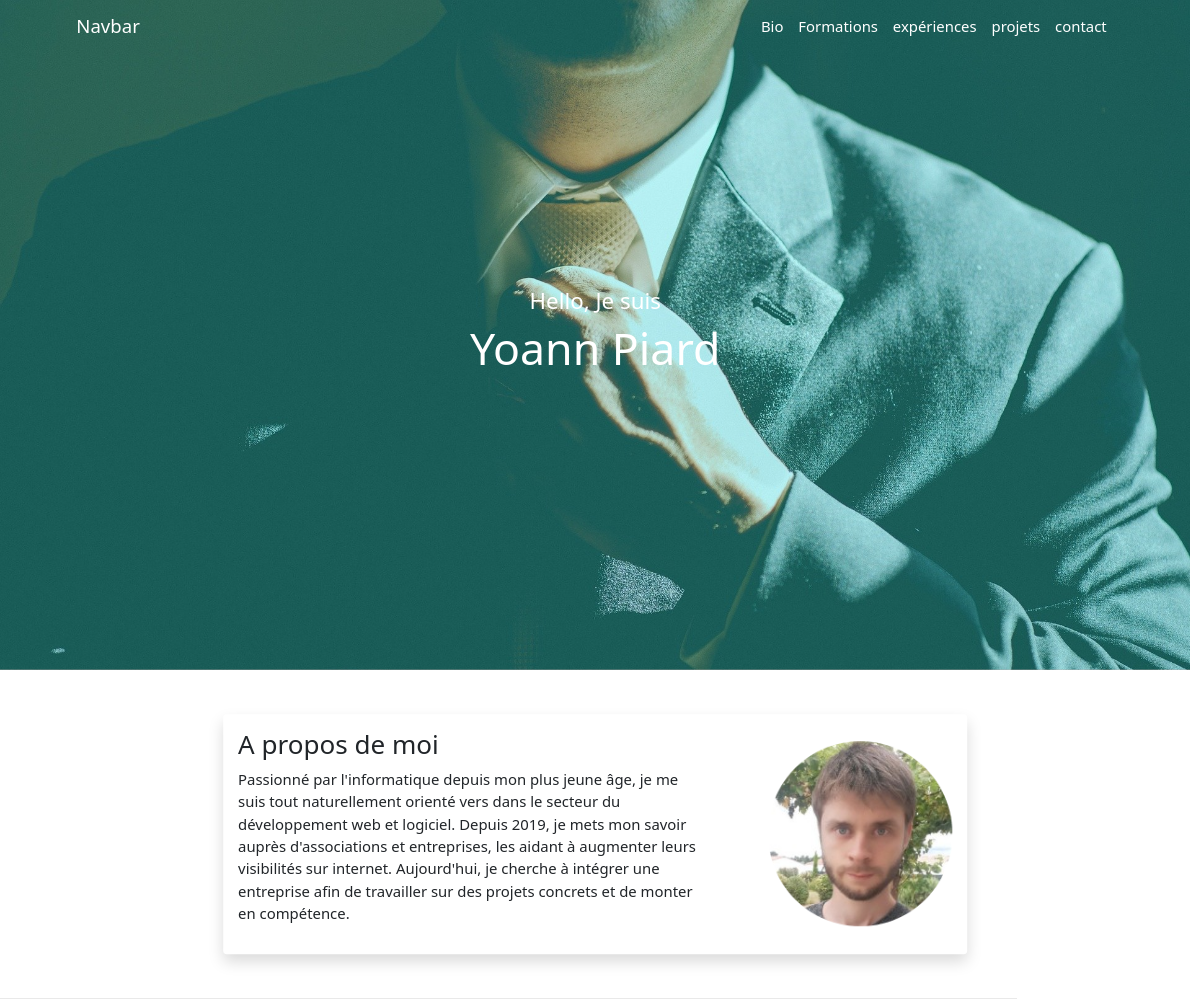
Repository: ypiard85/port-folio-bootstrap-yoann-2021
Page: index.html
The author's editor kept a copy of each file at every save. The page is drawn from the files as they stood at one save, then again after the next save.
The browser window is 1280 px wide. The pictures show the whole page, at 93% of full size.

Above is the page before, as saved 2021-03-09 14:12:56.

### index.html
<!DOCTYPE html>
<html lang="en">
<head>
    <meta charset="UTF-8">
    <meta http-equiv="X-UA-Compatible" content="IE=edge">
    <meta name="viewport" content="width=device-width, initial-scale=1.0">
    <!-- CSS only -->
    <link rel="stylesheet" href="./resource/style.css">
<link href="https://cdn.jsdelivr.net/npm/bootstrap@5.0.0-beta2/dist/css/bootstrap.min.css" rel="stylesheet" integrity="sha384-BmbxuPwQa2lc/FVzBcNJ7UAyJxM6wuqIj61tLrc4wSX0szH/Ev+nYRRuWlolflfl" crossorigin="anonymous">
    <title>Document</title>
</head>
<body>

        <nav class="navbar position-fixed w-100 navbar-expand-lg navbar-light">
            <div class="container">
              <a class="navbar-brand" href="#">Navbar</a>
              <button class="navbar-toggler" type="button" data-bs-toggle="collapse" data-bs-target="#navbarNav" aria-controls="navbarNav" aria-expanded="false" aria-label="Toggle navigation">
                <span class="navbar-toggler-icon"></span>
              </button>
              <div class="collapse navbar-collapse" id="navbarNav">
                <ul class="navbar-nav">
                  <li class="nav-item">
                    <a class="nav-link active" aria-current="page" href="#bio">Bio</a>
                  </li>
                  <li class="nav-item">
                    <a class="nav-link" href="#formation">Formations</a>
                  </li>
                  <li class="nav-item">
                    <a class="nav-link" href="#experience">expériences</a>
                  </li>
                  <li class="nav-item">
                    <a class="nav-link" href="#projet">projets</a>
                  </li>
                  <li class="nav-item">
                    <a class="nav-link" href="#contact">contact</a>
                  </li>
                </ul>
              </div>
            </div>
          </nav>

          <header class="container-fluid flex-column
          d-flex align-items-center justify-content-center">
              <h4>Hello, Je suis</h4>
              <h1>Yoann Piard</h1>
          </header>

          <section class="about_me container mt-5 mb-5">
                <div class="p-3 about_card shadow rounded flex-wrap justify-content-between align-items-center align-content-center d-flex">
                    <div class="about_presentation">
                        <h3>A propos de moi</h3>
                        <p>Passionné par l'informatique depuis mon plus jeune âge, je me suis tout naturellement orienté vers dans le secteur du développement web et logiciel. Depuis 2019, je mets mon savoir auprès d'associations et entreprises, les aidant à augmenter leurs visibilités sur internet. Aujourd'hui, je cherche à intégrer une entreprise afin de travailler sur des projets concrets et de monter en compétence.</p>
                    </div>
                        <img src="./resource/image/yoann_piard.png" alt="">
                </div>
          </section>

<!-- JavaScript Bundle with Popper -->
<script src="https://cdn.jsdelivr.net/npm/bootstrap@5.0.0-beta2/dist/js/bootstrap.bundle.min.js" integrity="sha384-b5kHyXgcpbZJO/tY9Ul7kGkf1S0CWuKcCD38l8YkeH8z8QjE0GmW1gYU5S9FOnJ0" crossorigin="anonymous"></script>
<script src="https://unpkg.com/scrollreveal"></script>
<script src="./resource/app.js"></script>
</body>
</html>

### resource/style.css
.navbar-collapse{
    flex-grow: 0!important;
}

nav a{
    color: white!important;
}

header{
    height: 100vh;
    background: gray;
    background-image: linear-gradient(90deg, rgba(0,231,249,0.2780462526807598) 100%, rgba(0,4,24,0.4405112386751575) 74%), url('./image/about-section.jpg');
    background-repeat: no-repeat;
    background-size: cover;
    background-position: top center;
    color: white;
}

header h1{
    font-weight: normal;
    font-size: 3em;
}

.about_card{
    margin: auto;
    width: 800px;
    max-width: 100%;
    margin-top: 0px;
}

.about_presentation{
    width: 500px;
    max-width: 100%;
}

### resource/app.js
ScrollReveal().reveal('.about_me', {
    delay: 250,
    duration: 1000,
    reset: true,
    origin: 'bottom',
    distance: '20%'
});

After the next save:
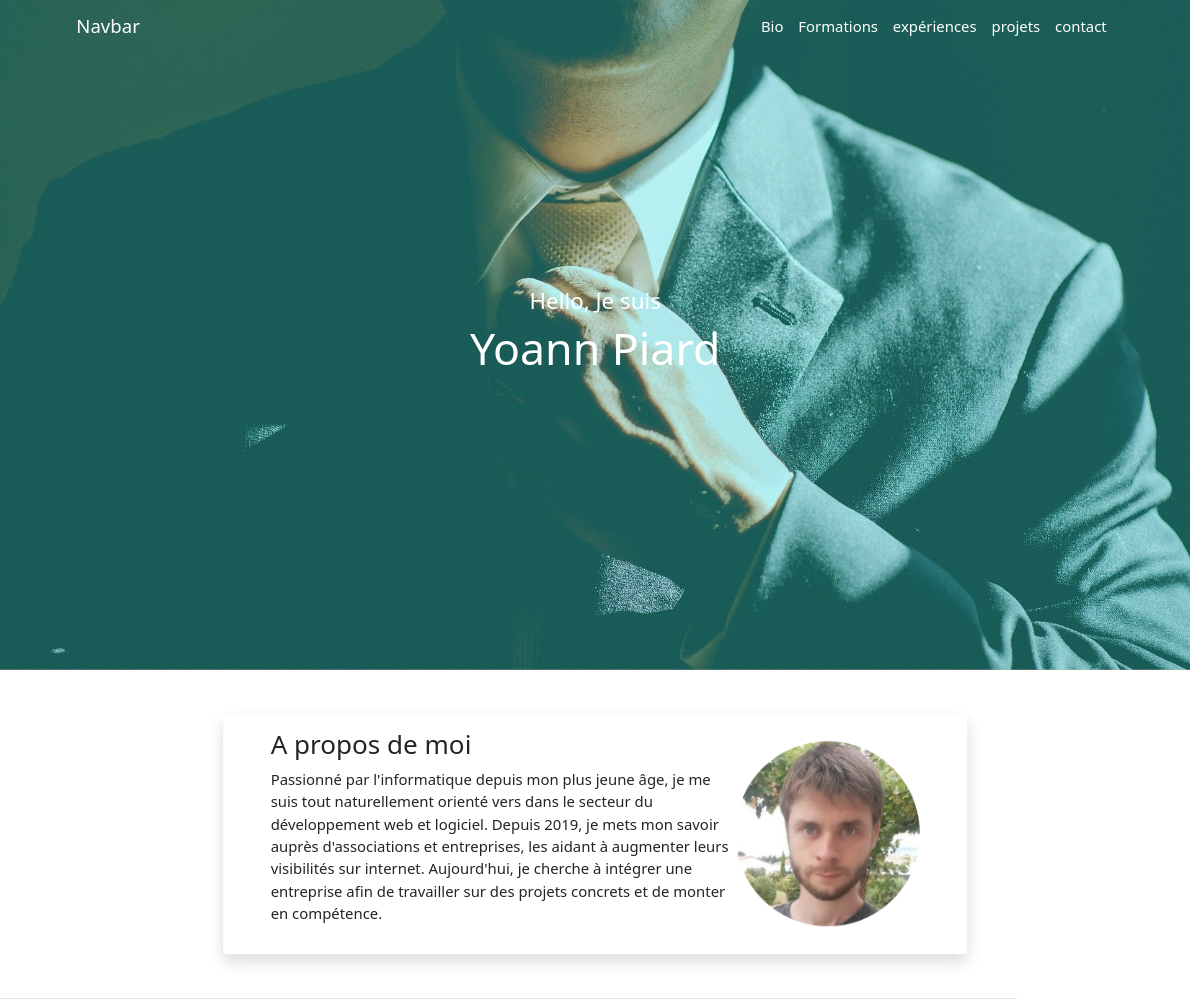
Saved 19 s later.
--- a/index.html
+++ b/index.html
@@ -46,12 +46,12 @@
           </header>
 
           <section class="about_me container mt-5 mb-5">
-                <div class="p-3 about_card shadow rounded flex-wrap justify-content-between align-items-center align-content-center d-flex">
+                <div class="p-3 about_card shadow rounded flex-wrap justify-content-center align-items-center align-content-center d-flex">
                     <div class="about_presentation">
                         <h3>A propos de moi</h3>
                         <p>Passionné par l'informatique depuis mon plus jeune âge, je me suis tout naturellement orienté vers dans le secteur du développement web et logiciel. Depuis 2019, je mets mon savoir auprès d'associations et entreprises, les aidant à augmenter leurs visibilités sur internet. Aujourd'hui, je cherche à intégrer une entreprise afin de travailler sur des projets concrets et de monter en compétence.</p>
                     </div>
-                        <img src="./resource/image/yoann_piard.png" alt="">
+                    <img src="./resource/image/yoann_piard.png" alt="">
                 </div>
           </section>
 
